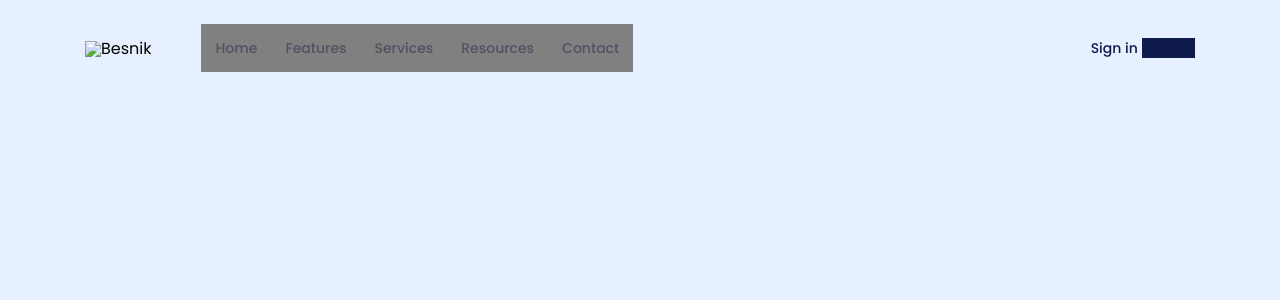
Repository: Phu2992/htmlcss-f8-01
Page: index.html
An editor plug-in stored every save of this project. The page is shown before and after the next save, followed by the edit.
The browser window is 1280 px wide. The pictures show the whole page.

Above is the page before, as saved 2024-09-25 22:29:49.

### index.html
<!DOCTYPE html>
<html lang="en">
    <head>
        <meta charset="UTF-8" />
        <meta name="viewport" content="width=device-width, initial-scale=1.0" />
        <link rel="stylesheet" href="./assets/css/reset.css" />
        <link rel="stylesheet" href="./assets/fonts/stylesheet.css" />
        <link rel="stylesheet" href="./assets/css/styles.css" />
        <title>F8-Project-1</title>
    </head>
    <body>
        <!-- Header -->
        <header class="header">
            <div class="content">
                <nav class="navbar">
                    <img src="./assets/img/logo.svg" alt="Besnik" />
                    <ul>
                        <li><a href="#!">Home</a></li>
                        <li><a href="#!">Features</a></li>
                        <li><a href="#!">Services</a></li>
                        <li><a href="#!">Resources</a></li>
                        <li><a href="#!">Contact</a></li>
                    </ul>
                    <div class="action">
                        <a href="#!">Sign in</a>
                        <a class="btn btn-action" href="#!">Sign up</a>
                    </div>
                </nav>
            </div>
        </header>
    </body>
</html>

### assets/fonts/stylesheet.css
/* ===================== Poppins====================== */
@font-face {
    font-family: "Poppins";
    src: url("poppins/Poppins-Bold.woff2") format("woff2"),
        url("poppins/Poppins-Bold.woff") format("woff");
    font-weight: bold;
    font-style: normal;
    font-display: swap;
}

@font-face {
    font-family: "Poppins";
    src: url("poppins/Poppins-BlackItalic.woff2") format("woff2"),
        url("poppins/Poppins-BlackItalic.woff") format("woff");
    font-weight: 900;
    font-style: italic;
    font-display: swap;
}

@font-face {
    font-family: "Poppins";
    src: url("poppins/Poppins-Black.woff2") format("woff2"),
        url("poppins/Poppins-Black.woff") format("woff");
    font-weight: 900;
    font-style: normal;
    font-display: swap;
}

@font-face {
    font-family: "Poppins";
    src: url("poppins/Poppins-ExtraBold.woff2") format("woff2"),
        url("poppins/Poppins-ExtraBold.woff") format("woff");
    font-weight: bold;
    font-style: normal;
    font-display: swap;
}

@font-face {
    font-family: "Poppins";
    src: url("poppins/Poppins-ExtraLight.woff2") format("woff2"),
        url("poppins/Poppins-ExtraLight.woff") format("woff");
    font-weight: 200;
    font-style: normal;
    font-display: swap;
}

@font-face {
    font-family: "Poppins";
    src: url("poppins/Poppins-BoldItalic.woff2") format("woff2"),
        url("poppins/Poppins-BoldItalic.woff") format("woff");
    font-weight: bold;
    font-style: italic;
    font-display: swap;
}

@font-face {
    font-family: "Poppins";
    src: url("poppins/Poppins-ExtraBoldItalic.woff2") format("woff2"),
        url("poppins/Poppins-ExtraBoldItalic.woff") format("woff");
    font-weight: bold;
    font-style: italic;
    font-display: swap;
}

@font-face {
    font-family: "Poppins";
    src: url("poppins/Poppins-Light.woff2") format("woff2"),
        url("poppins/Poppins-Light.woff") format("woff");
    font-weight: 300;
    font-style: normal;
    font-display: swap;
}

@font-face {
    font-family: "Poppins";
    src: url("poppins/Poppins-LightItalic.woff2") format("woff2"),
        url("poppins/Poppins-LightItalic.woff") format("woff");
    font-weight: 300;
    font-style: italic;
    font-display: swap;
}

@font-face {
    font-family: "Poppins";
    src: url("poppins/Poppins-Italic.woff2") format("woff2"),
        url("poppins/Poppins-Italic.woff") format("woff");
    font-weight: normal;
    font-style: italic;
    font-display: swap;
}

@font-face {
    font-family: "Poppins";
    src: url("poppins/Poppins-ExtraLightItalic.woff2") format("woff2"),
        url("poppins/Poppins-ExtraLightItalic.woff") format("woff");
    font-weight: 200;
    font-style: italic;
    font-display: swap;
}

@font-face {
    font-family: "Poppins";
    src: url("poppins/Poppins-Medium.woff2") format("woff2"),
        url("poppins/Poppins-Medium.woff") format("woff");
    font-weight: 500;
    font-style: normal;
    font-display: swap;
}

@font-face {
    font-family: "Poppins";
    src: url("poppins/Poppins-ThinItalic.woff2") format("woff2"),
        url("poppins/Poppins-ThinItalic.woff") format("woff");
    font-weight: 100;
    font-style: italic;
    font-display: swap;
}

@font-face {
    font-family: "Poppins";
    src: url("poppins/Poppins-Thin.woff2") format("woff2"),
        url("poppins/Poppins-Thin.woff") format("woff");
    font-weight: 100;
    font-style: normal;
    font-display: swap;
}

@font-face {
    font-family: "Poppins";
    src: url("poppins/Poppins-SemiBold.woff2") format("woff2"),
        url("poppins/Poppins-SemiBold.woff") format("woff");
    font-weight: 600;
    font-style: normal;
    font-display: swap;
}

@font-face {
    font-family: "Poppins";
    src: url("poppins/Poppins-SemiBoldItalic.woff2") format("woff2"),
        url("poppins/Poppins-SemiBoldItalic.woff") format("woff");
    font-weight: 600;
    font-style: italic;
    font-display: swap;
}

@font-face {
    font-family: "Poppins";
    src: url("poppins/Poppins-MediumItalic.woff2") format("woff2"),
        url("poppins/Poppins-MediumItalic.woff") format("woff");
    font-weight: 500;
    font-style: italic;
    font-display: swap;
}

@font-face {
    font-family: "Poppins";
    src: url("poppins/Poppins-Regular.woff2") format("woff2"),
        url("poppins/Poppins-Regular.woff") format("woff");
    font-weight: normal;
    font-style: normal;
    font-display: swap;
}

### assets/css/styles.css
* {
    box-sizing: border-box;
}

html {
    font-size: 62.5%;
}

body {
    font-size: 1.6rem;
    font-family: "Poppins", sans-serif;
}

/* common */
.content {
    width: 1110px;
    margin-left: auto;
    margin-right: auto;
}

a {
    text-decoration: none;
}

.header {
    background-color: #e6f0ff;
    height: 100vh;
    margin: auto;
}

.btn {
    height: 50px;
    background-color: #0f1b4c;
    color: #fff;
    text-align: center;
    font-size: 14px;
    font-style: normal;
    font-weight: 500;
    line-height: normal;
}
.action a {
    text-decoration: none;
    color: #0f1b4c;
    font-size: 1.4rem;
    font-style: normal;
    font-weight: 500;
    line-height: normal;
}

/* Header-Navigation */
.navbar {
    display: flex;
    align-items: center;
    padding-top: 38px;
}

.navbar ul {
    display: flex;
    margin-left: 50px;
}

.navbar ul a {
    color: #4f5361;
    font-size: 1.4rem;
    font-style: normal;
    font-weight: 500;
    line-height: normal;
    padding: 14px 14px;
    background-color: grey;
}

.navbar .action {
    margin-left: auto;
}

.btn .btn-action {
    color: #fff;
}

Loaded but not shown: assets/css/reset.css (common file)

After the next save:
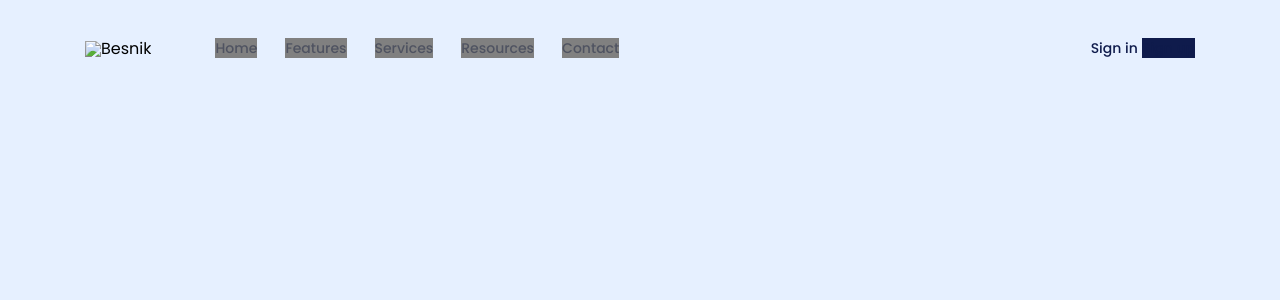
Saved 22 s later.
--- a/assets/css/styles.css
+++ b/assets/css/styles.css
@@ -65,7 +65,7 @@
     font-style: normal;
     font-weight: 500;
     line-height: normal;
-    padding: 14px 14px;
+    margin: 14px 14px;
     background-color: grey;
 }
 

After the save that followed:
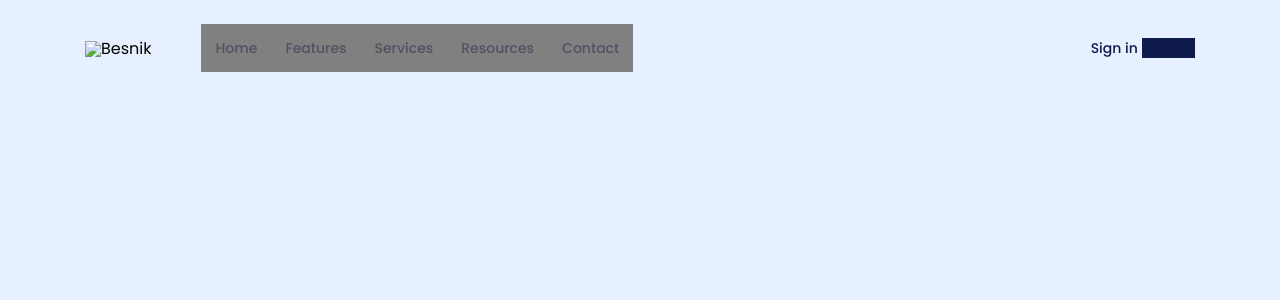
Saved 38 s later.
--- a/assets/css/styles.css
+++ b/assets/css/styles.css
@@ -65,7 +65,7 @@
     font-style: normal;
     font-weight: 500;
     line-height: normal;
-    margin: 14px 14px;
+    padding: 14px 14px;
     background-color: grey;
 }
 
